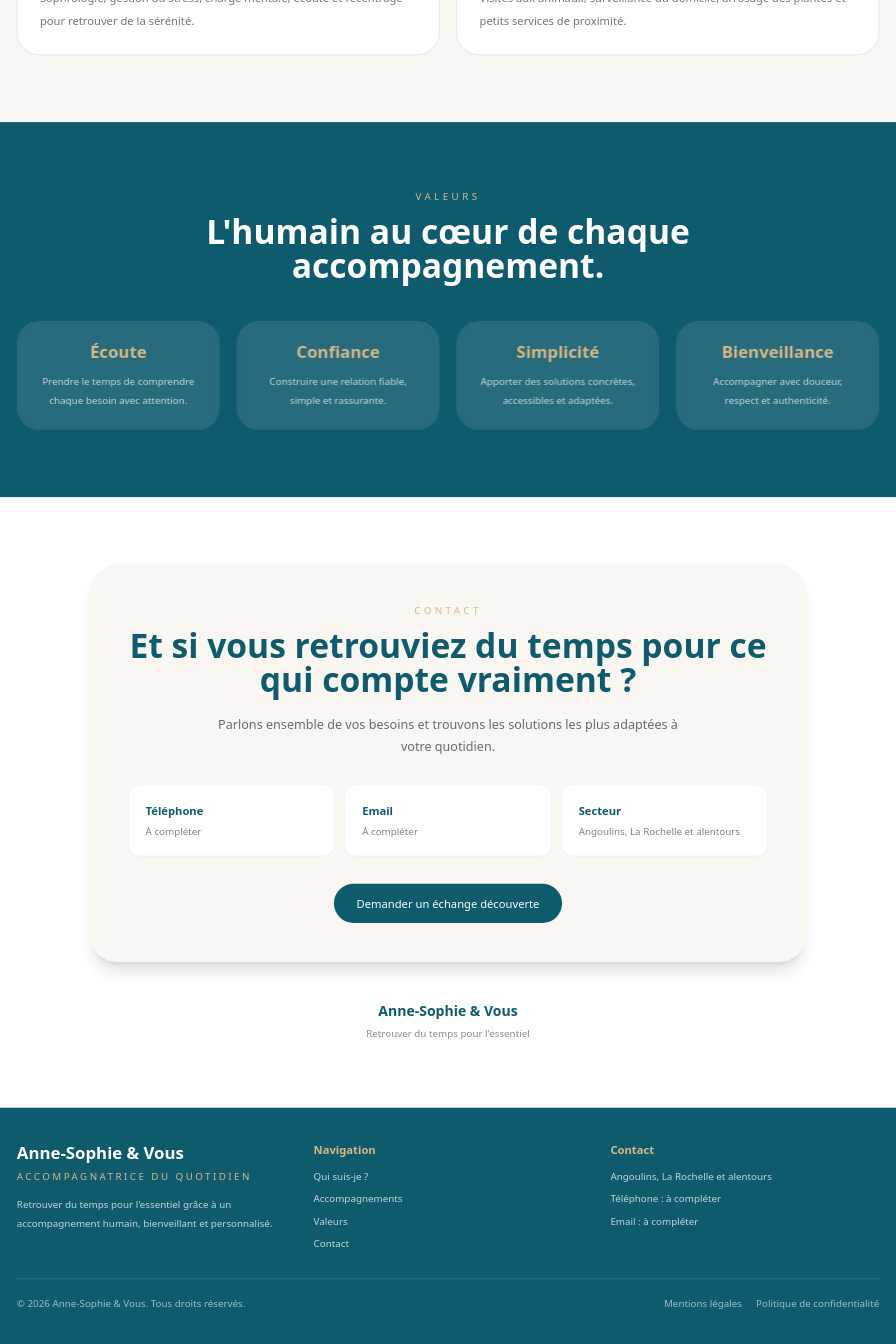
Repository: Virginie17/anne-sophie-et-vous
Page: /
An editor plug-in stored every save of this project. The page is shown before and after the next save, followed by the edit.
The browser window is 1280 px wide. The pictures show the part of the page from y = 2088 to 4008 px (the page is 4008 px tall before and 3896 px after), at 70% of full size.
The project was rebuilt for these pictures with package versions that can differ from the ones it lists, and the page was loaded fresh each time. The framework's server and built-in components were replaced by stand-ins that run in the browser. Also part of the build but not shown: next.config.js, next.config.mjs.

Above is the page before, as saved 2026-06-05 10:24:30.

After the next save:
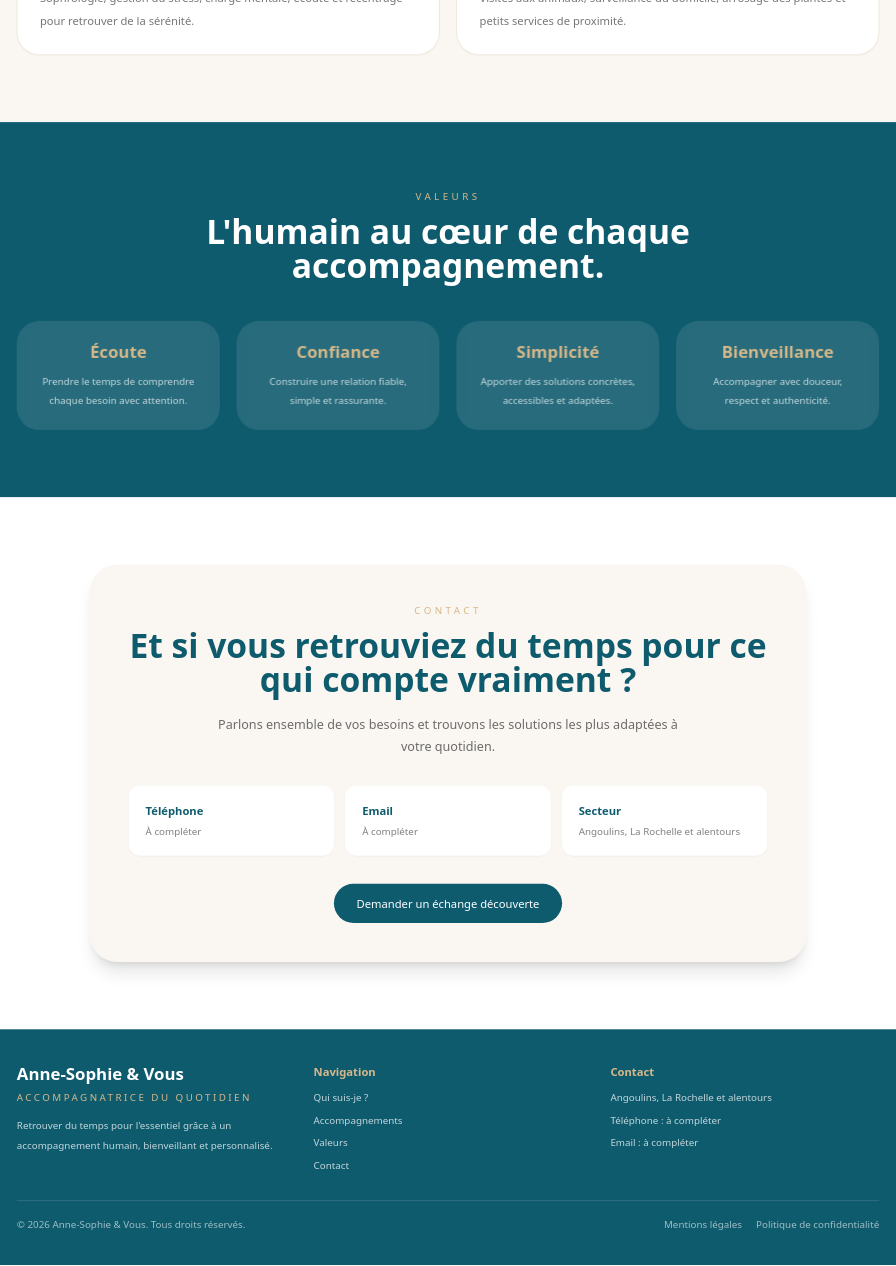
Saved 38 s later.
--- a/components/Contact.tsx
+++ b/components/Contact.tsx
@@ -42,14 +42,7 @@ export default function Contact() {
         </a>
       </div>
 
-      <footer className="mx-auto mt-14 max-w-7xl text-center">
-        <p className="text-xl font-semibold text-[#0F5B6E]">
-          Anne-Sophie & Vous
-        </p>
-        <p className="mt-2 text-sm text-[#3C3C3C]/60">
-          Retrouver du temps pour l&apos;essentiel
-        </p>
-      </footer>
+
     </section>
   );
 }
